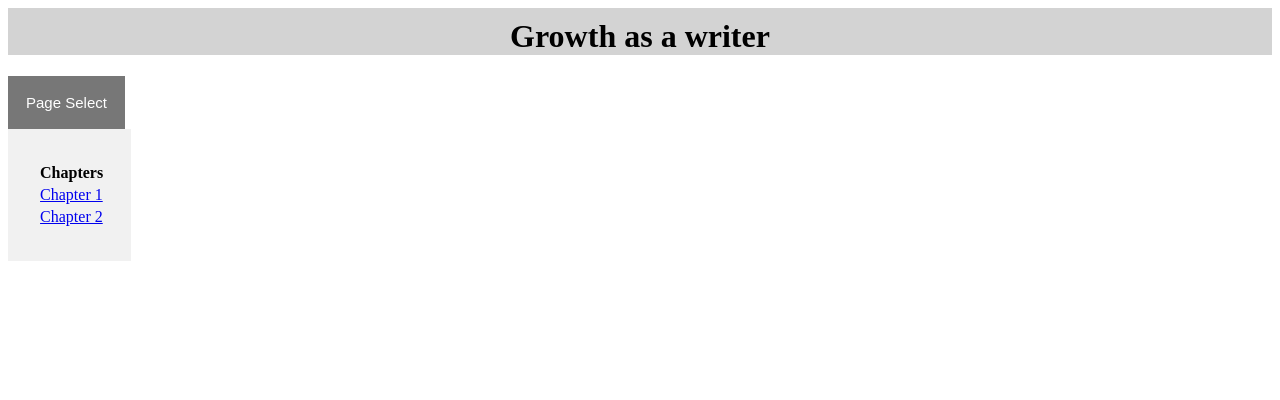
Repository: jpaisiem/WP-4
Page: index.html
An editor plug-in stored every save of this project. The page is shown before and after the next save, followed by the edit.
The browser window is 1280 px wide. The pictures show the whole page.

Above is the page before, as saved 2025-04-29 12:22:01.

### index.html
<!DOCTYPE html>
<html>
<head>
<meta name="viewport" content="width=device-width, initial-scale=1">
<style>
.collapsible {
  background-color: #777;
  color: white;
  cursor: pointer;
  padding: 18px;
  width: fit-content;
  border: none;
  text-align: left;
  outline: none;
  font-size: 15px;
}

.active, .collapsible:hover {
  background-color: #555;
}

.content {
  display: flex;
  flex-direction: column;
  overflow: hidden;
  background-color: #f1f1f1;
  width: fit-content;
  height: fit-content;
  padding-left: 2.3%;
  padding-right: 2%;
}
</style>
</head>
<body>
<h1 style="text-align: center; background-color: lightgray; padding-top: 10px; margin-top: 0%;">Growth as a writer</h1>
<button type="button" class="collapsible">Page Select</button>
<div class="content">
  <p><table>
    <tr>
        <th>Chapters</th>
    </tr>
    <tr>
        <td><a href="#">Chapter 1</a></td>
    </tr>
     <tr>
        <td><a href="#">Chapter 2</a></td>
    </tr>
  </table></p>
</div>

<script>
var coll = document.getElementsByClassName("collapsible");
var i;

for (i = 0; i < coll.length; i++) {
  coll[i].addEventListener("click", function() {
    this.classList.toggle("active");
    var content = this.nextElementSibling;
    if (content.style.display === "block") {
      content.style.display = "none";
    } else {
      content.style.display = "block";
    }
  });
}
</script>

</body>
</html>

After the next save:
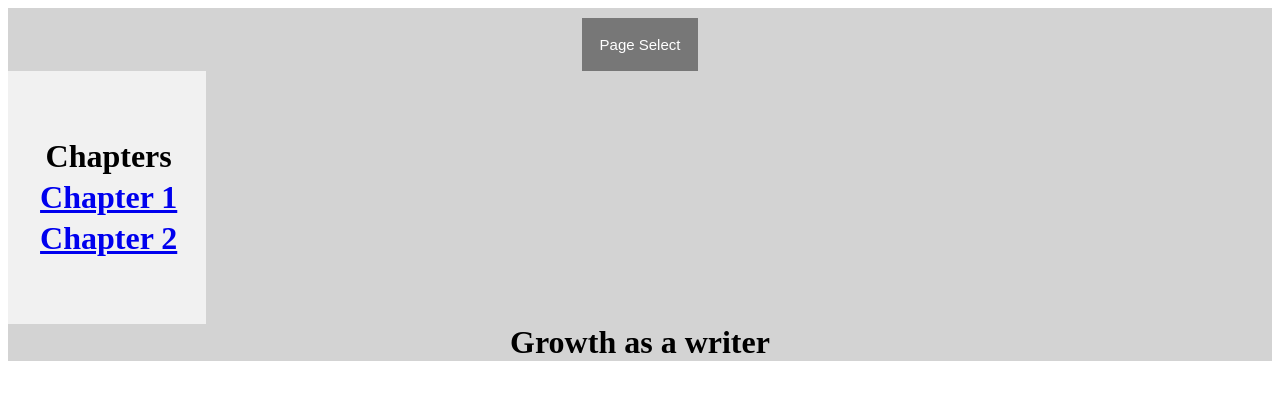
Saved 18 s later.
--- a/index.html
+++ b/index.html
@@ -32,8 +32,7 @@
 </style>
 </head>
 <body>
-<h1 style="text-align: center; background-color: lightgray; padding-top: 10px; margin-top: 0%;">Growth as a writer</h1>
-<button type="button" class="collapsible">Page Select</button>
+<h1 style="text-align: center; background-color: lightgray; padding-top: 10px; margin-top: 0%;"><button type="button" class="collapsible">Page Select</button>
 <div class="content">
   <p><table>
     <tr>
@@ -46,7 +45,8 @@
         <td><a href="#">Chapter 2</a></td>
     </tr>
   </table></p>
-</div>
+</div>Growth as a writer</h1>
+
 
 <script>
 var coll = document.getElementsByClassName("collapsible");

After the save that followed:
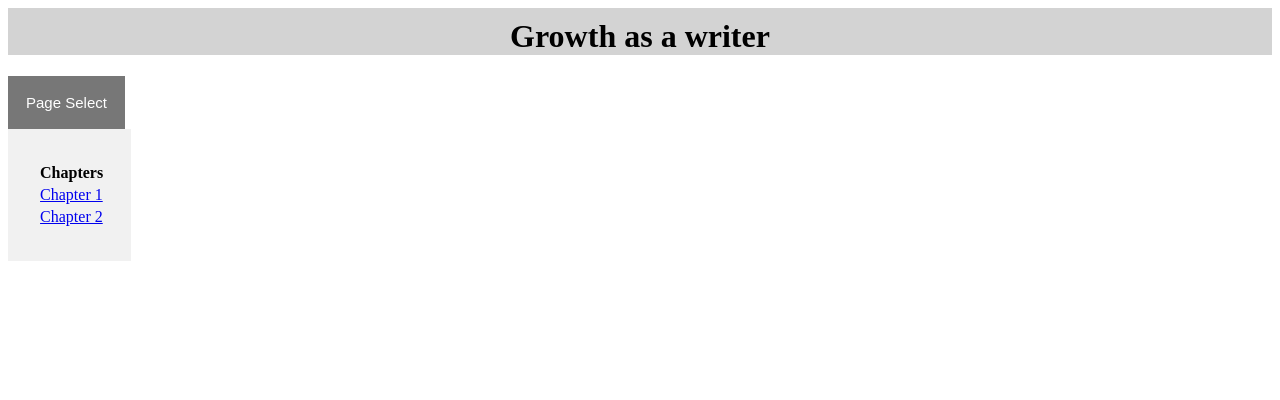
Saved 25 s later.
--- a/index.html
+++ b/index.html
@@ -32,7 +32,8 @@
 </style>
 </head>
 <body>
-<h1 style="text-align: center; background-color: lightgray; padding-top: 10px; margin-top: 0%;"><button type="button" class="collapsible">Page Select</button>
+<h1 style="text-align: center; background-color: lightgray; padding-top: 10px; margin-top: 0%;">Growth as a writer</h1>
+<button type="button" class="collapsible">Page Select</button>
 <div class="content">
   <p><table>
     <tr>
@@ -45,8 +46,7 @@
         <td><a href="#">Chapter 2</a></td>
     </tr>
   </table></p>
-</div>Growth as a writer</h1>
-
+</div>
 
 <script>
 var coll = document.getElementsByClassName("collapsible");
